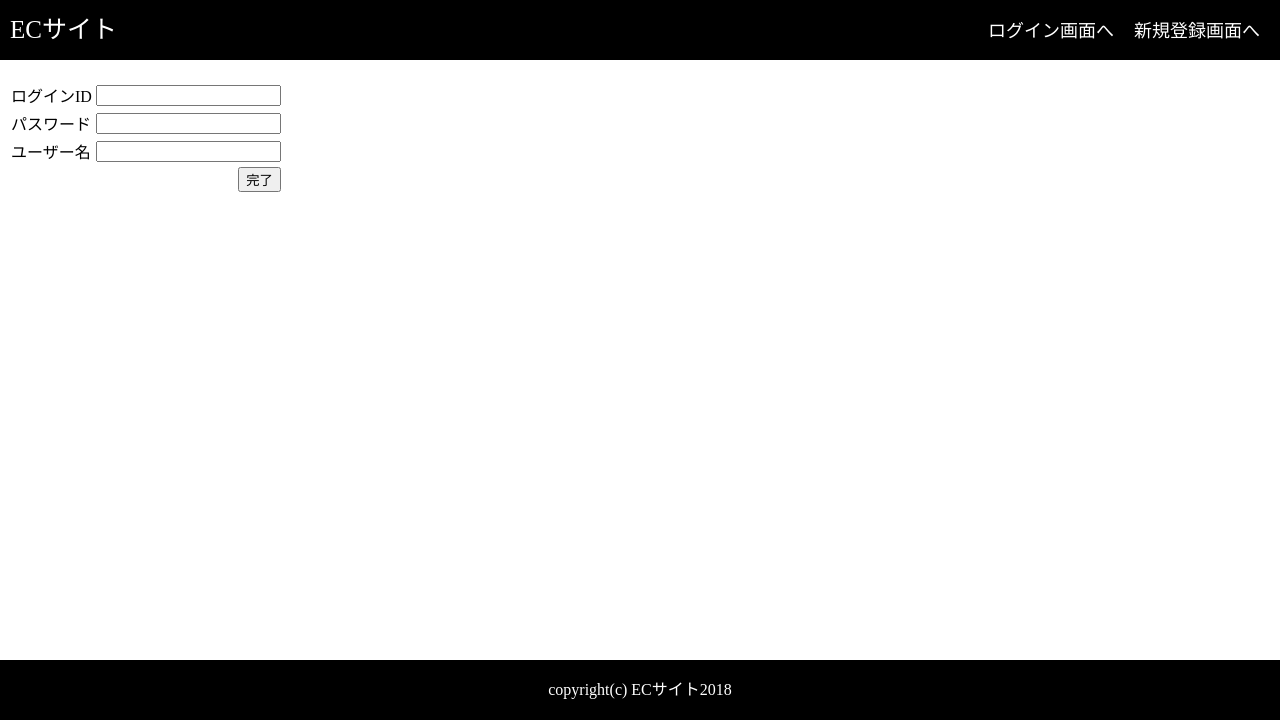
Repository: nyanya02/ECsite
Page: http://localhost/ECsite/signupConfirm.jsp
An editor plug-in stored every save of this project. The page is shown before and after the next save, followed by the edit.
The browser window is 1280 px wide. The pictures show the whole page.
The page is served by Tomcat 9. Other server files are loaded and not shown.

Above is the page before, as saved 2018-04-26 05:45:31.

### ECsite/WebContent/signupConfirm.jsp
<%@ page language="java" contentType="text/html; charset=UTF-8"
    pageEncoding="UTF-8"%>
<%@ taglib prefix="s" uri="/struts-tags" %>
<!DOCTYPE html PUBLIC>
<html>
<head>
<meta charset="UTF-8">
<meta http-equiv="imagetoolbar" content="no"/>
<meta name="author" content="">
<meta name="keywords" content="">
<meta name="description" content="">

<title>新規登録確認</title>

<!-- <link rel="stylesheet" href="/css/style.css"> -->

<style>

#header{
    position:absolute;
    top:0;
    left:0;
    width:100%;
    height:60px;
    background-color: black;
}

#header #logo{
    float: left;
    width:200px;
    padding-left: 10px;
    color: white;
    font-size: 25px;
    line-height: 60px;
}

#header ul{
    float: right;
    line-height: 30px;
}

#header ul li{
    float: left;
    list-style: none;
    padding-right: 20px;
    color: white;
    font-size: 18px;
}

#logo a{
    text-decoration: none;
    color: white;
}
#logo a:hover{
    color: #E6E6E6;
}

#header li a{
    text-decoration: none;
    color: white;
}
#header li a:hover{
    color: #E6E6E6;
}

#main{
    float: clear;
    position: absolute;
    top: 30px;
    margin-top:50px;
    width: 100%;
}

#footer{
    clear:both;
    width: 100%;
    height: 60px;
    position: absolute;
    bottom: 0;
    left: 0;
    color: white;
    background-color: black;
    text-align: center;
    line-height: 60px;
}


</style>

</head>
<body>

		<div id="header">
            <div id="logo"><a href='<s:url action="GoHomeAction"/>'>ECサイト</a></div>
            <ul>
                <li><a href='<s:url action="GoSignInAction"/>'>ログイン画面へ</a></li>
                <li><a href='<s:url action="GoSignUpAction"/>'>新規登録画面へ</a></li>
            </ul>
        </div>

        <div id="main">
        	<table>
        		<s:form action="CreateUserAction">

					<tr>
						<td><label>ログインID</label></td>
						<td><input type="text" name="loginUserId" value=""></td>
					</tr>
					<tr>
						<td><label>パスワード</label></td>
						<td><input type="text" name="loginPassword" value=""></td>
					</tr>
					<tr>
						<td><label>ユーザー名</label></td>
						<td><input type="text" name="userName" value=""></td>
					</tr>

            		<s:submit value="完了"/>

            	</s:form>

        	</table>

        </div>

        <div id="footer">
            copyright(c) ECサイト2018
        </div>

</body>
</html>

After the next save:
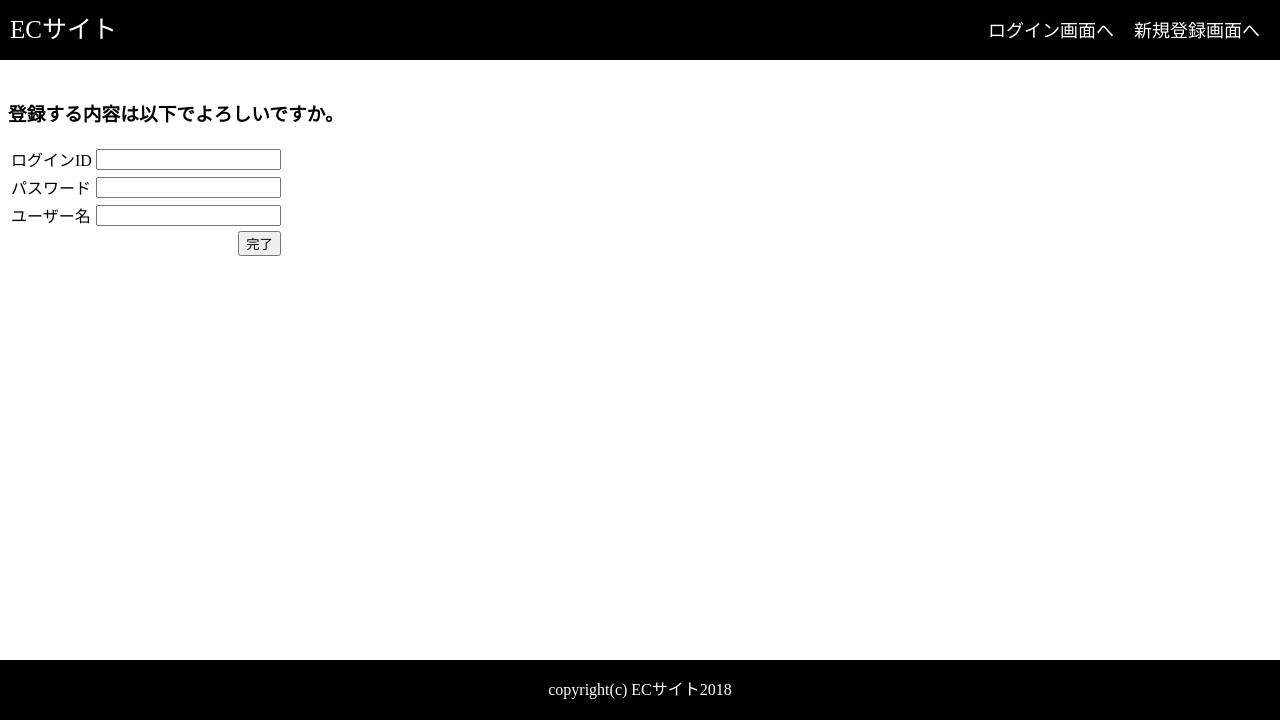
Saved 38 s later.
--- a/ECsite/WebContent/signupConfirm.jsp
+++ b/ECsite/WebContent/signupConfirm.jsp
@@ -99,8 +99,11 @@
         </div>
 
         <div id="main">
+
+        	<h3>登録する内容は以下でよろしいですか。</h3>
+
         	<table>
-        		<s:form action="CreateUserAction">
+        		<s:form action="CreateUserCompleteAction">
 
 					<tr>
 						<td><label>ログインID</label></td>
